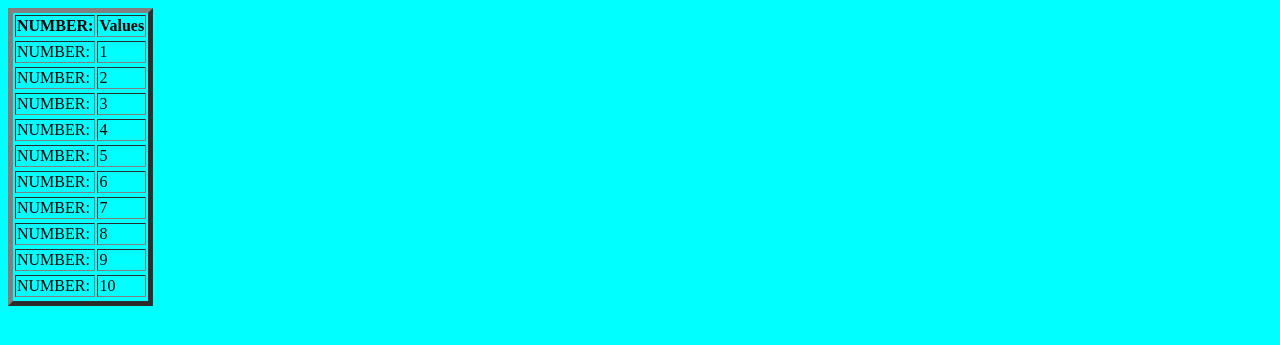
Repository: somakbha/CodeBackUP
Page: http://localhost/HelloJSP/table.jsp
These files come from the project's save history. The page is drawn as it stood at one moment and after the next save; the edit follows.
The browser window is 1280 px wide. The pictures show the whole page.
The page is served by Tomcat 9.

Above is the page before, as saved 2019-06-03 16:17:34.

After the next save:
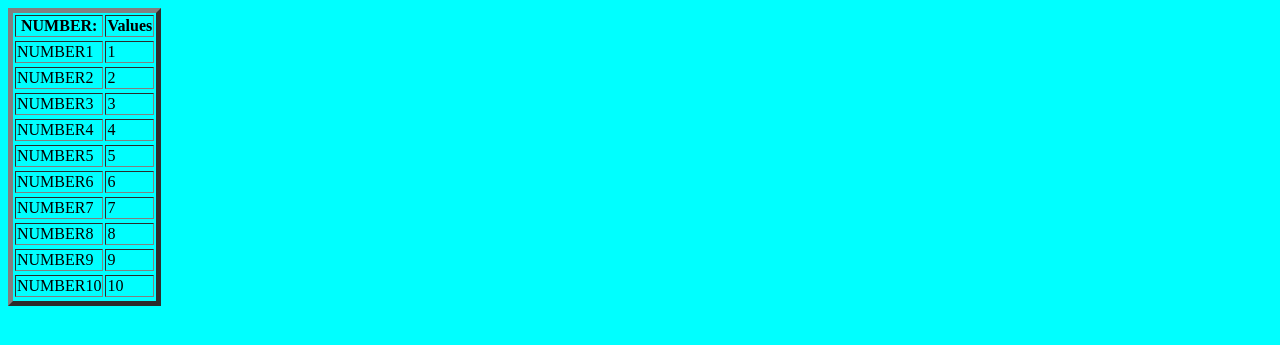
Saved 56 s later.
--- a/J2EE-Practice/HelloJSP/WebContent/table.jsp
+++ b/J2EE-Practice/HelloJSP/WebContent/table.jsp
@@ -15,7 +15,7 @@
 
 <%for (int i=0;i<10;i++) {%>
 
-<tr><td>NUMBER:</td><td><%out.println(i+1); %></td><tr>
+<tr><td><%out.println("NUMBER"+(i+1)); %></td><td><%out.println(i+1); %></td><tr>
 <%} %>
 </table>
 
